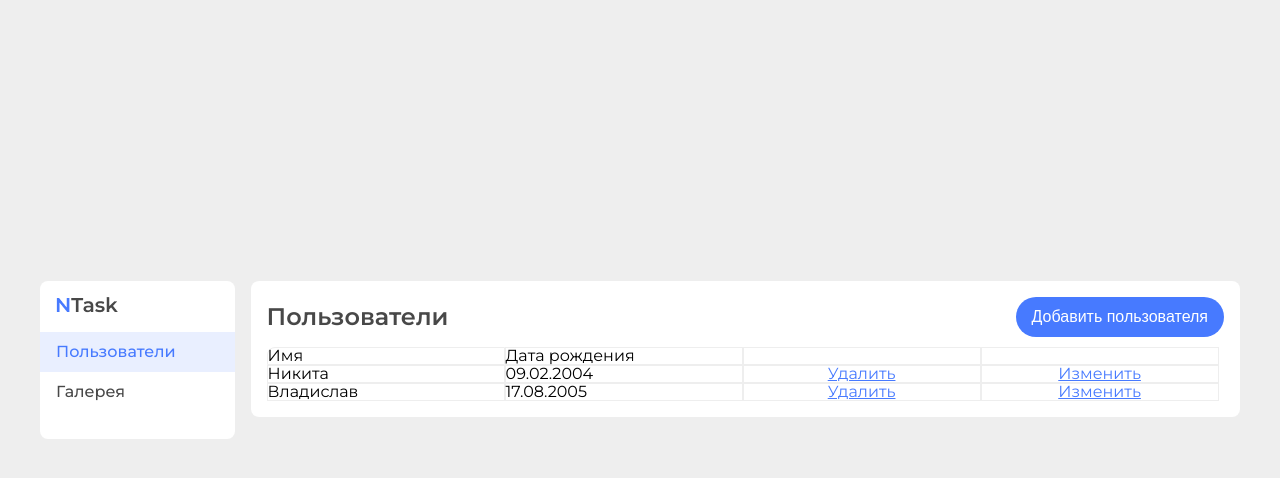
Repository: Grid-Master/NTask
Page: /
An editor plug-in stored every save of this project. The page is shown before and after the next save, followed by the edit.
The browser window is 1280 px wide. The pictures show the whole page.
The project was rebuilt for these pictures with package versions that can differ from the ones it lists, and the page was loaded fresh each time. Also part of the build but not shown: src/components/gallery/gallery.sass, src/components/gallery/Gallery.tsx, src/components/updateUser/updateUser.sass, src/components/updateUser/UpdateUser.tsx.

Above is the page before, as saved 2023-06-09 21:21:55.

After the next save:
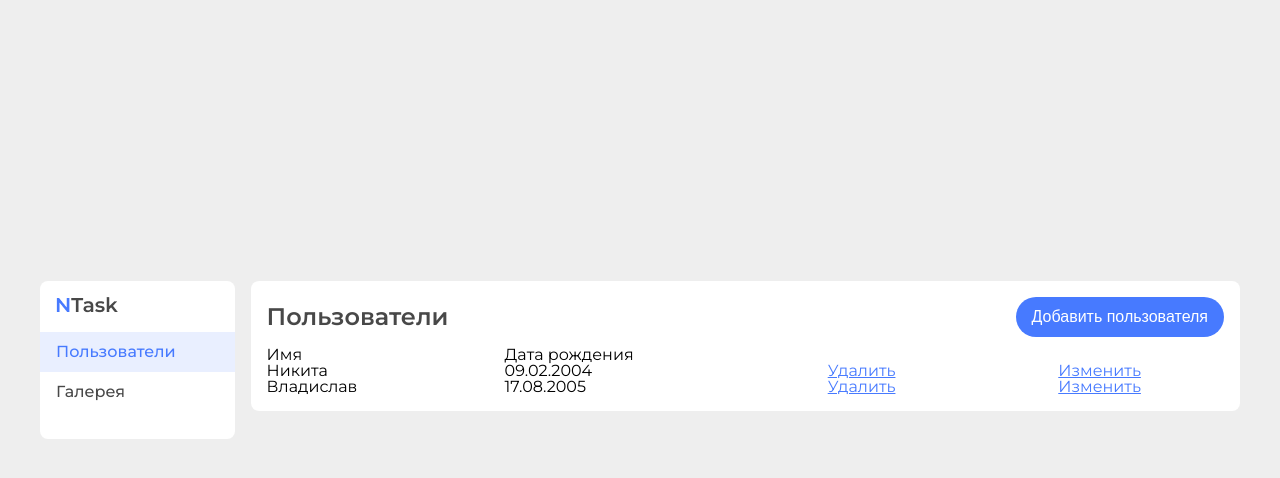
Saved 44 s later.
--- a/src/components/userList/UserList.tsx
+++ b/src/components/userList/UserList.tsx
@@ -46,24 +46,24 @@ const UserList: FC = () => {
           </tr>
         ))}
       </table> */}
-      <div className="userList__grid">
-        <div className="userList__grid-name">Имя</div>
-        <div>Дата рождения</div>
-        <div></div>
-        <div></div>
+      <ul className="userList__grid">
+        <li className="userList__grid-name">Имя</li>
+        <li>Дата рождения</li>
+        <li></li>
+        <li></li>
         {users.map((user) => (
           <>
-            <div>{user.name}</div>
-            <div>{user.date}</div>
-            <div className="userList__table-btn" onClick={() => deleteHandler(user.id)}>
+            <li>{user.name}</li>
+            <li>{user.date}</li>
+            <li className="userList__table-btn" onClick={() => deleteHandler(user.id)}>
               Удалить
-            </div>
-            <div className="userList__table-btn" onClick={() => updateHandler(`${user.id}`)}>
+            </li>
+            <li className="userList__table-btn" onClick={() => updateHandler(`${user.id}`)}>
               Изменить
-            </div>
+            </li>
           </>
         ))}
-      </div>
+      </ul>
     </div>
   );
 };

After the 2 saves that followed:
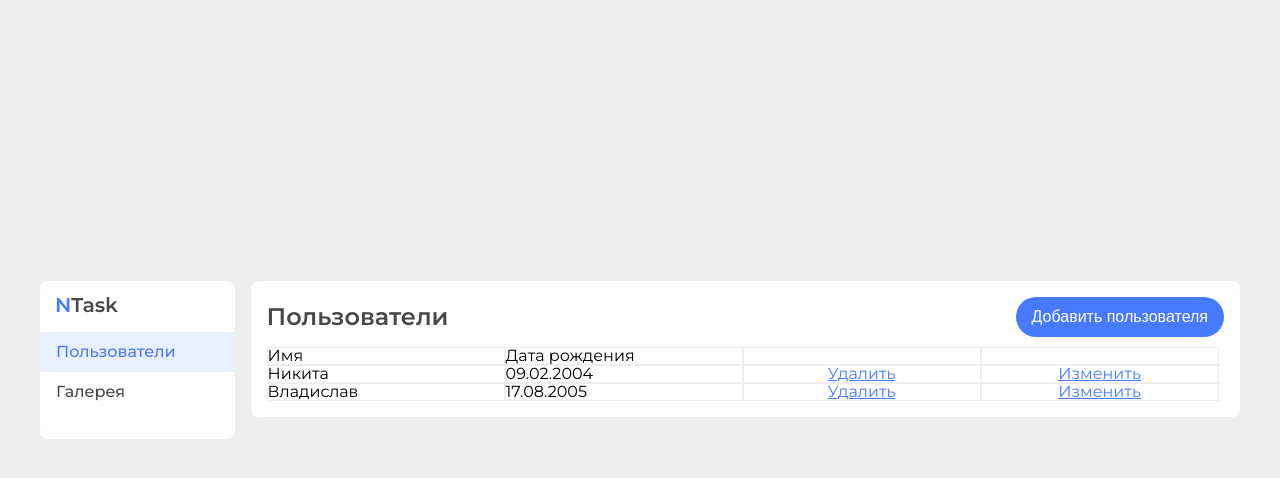
The 2 saves are shown as one change because 1 left the picture as it was.
The last was saved 9 s later.
--- a/src/components/userList/userList.sass
+++ b/src/components/userList/userList.sass
@@ -63,9 +63,9 @@
         grid-column-gap: 0px
         grid-row-gap: 0px
         border-radius: 8px
-        >div
+        >li
             border: 1px solid #EEEEEE
-        &-name
+        &:nth-child(1)
             border-radius: 8px 0 0 0
 
 @media screen and (max-width: 1200px)
